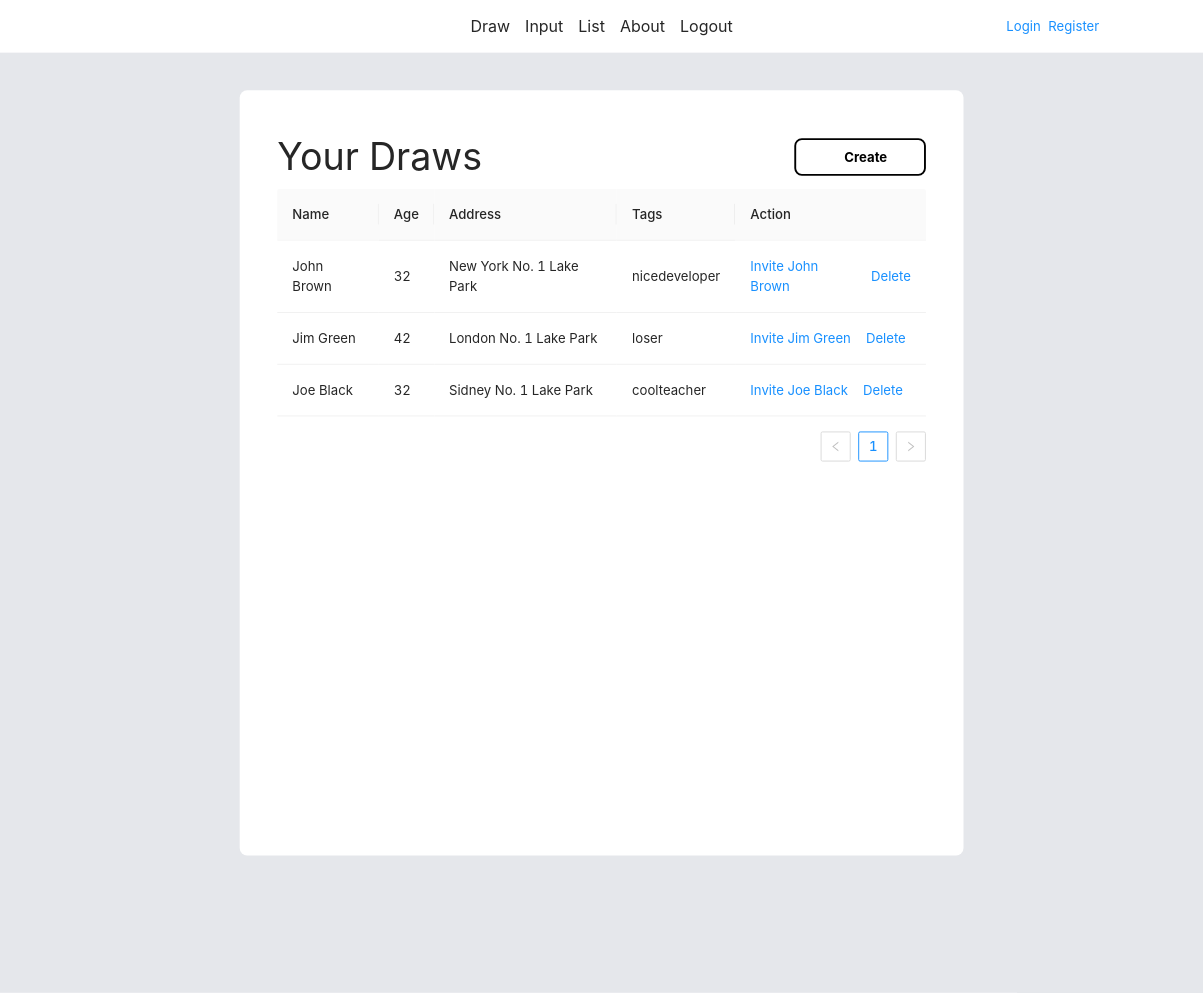
Repository: truongnguyenuit/DrawApp
Page: /draw/list (app in client/)
These files come from the project's save history. The page is drawn as it stood at one moment and after the next save; the edit follows.
The browser window is 1280 px wide. The pictures show the whole page, at 94% of full size.
The page's requests for data from a server got no answer. The project was rebuilt for these pictures with package versions that can differ from the ones it lists, and the page was loaded fresh each time. The framework's server and built-in components were replaced by stand-ins that run in the browser. No one was signed in, and anything a server would have sent is missing. Also part of the build but not shown: client/next.config.js.

Above is the page before, as saved 2022-08-20 18:53:46.

After the next save:
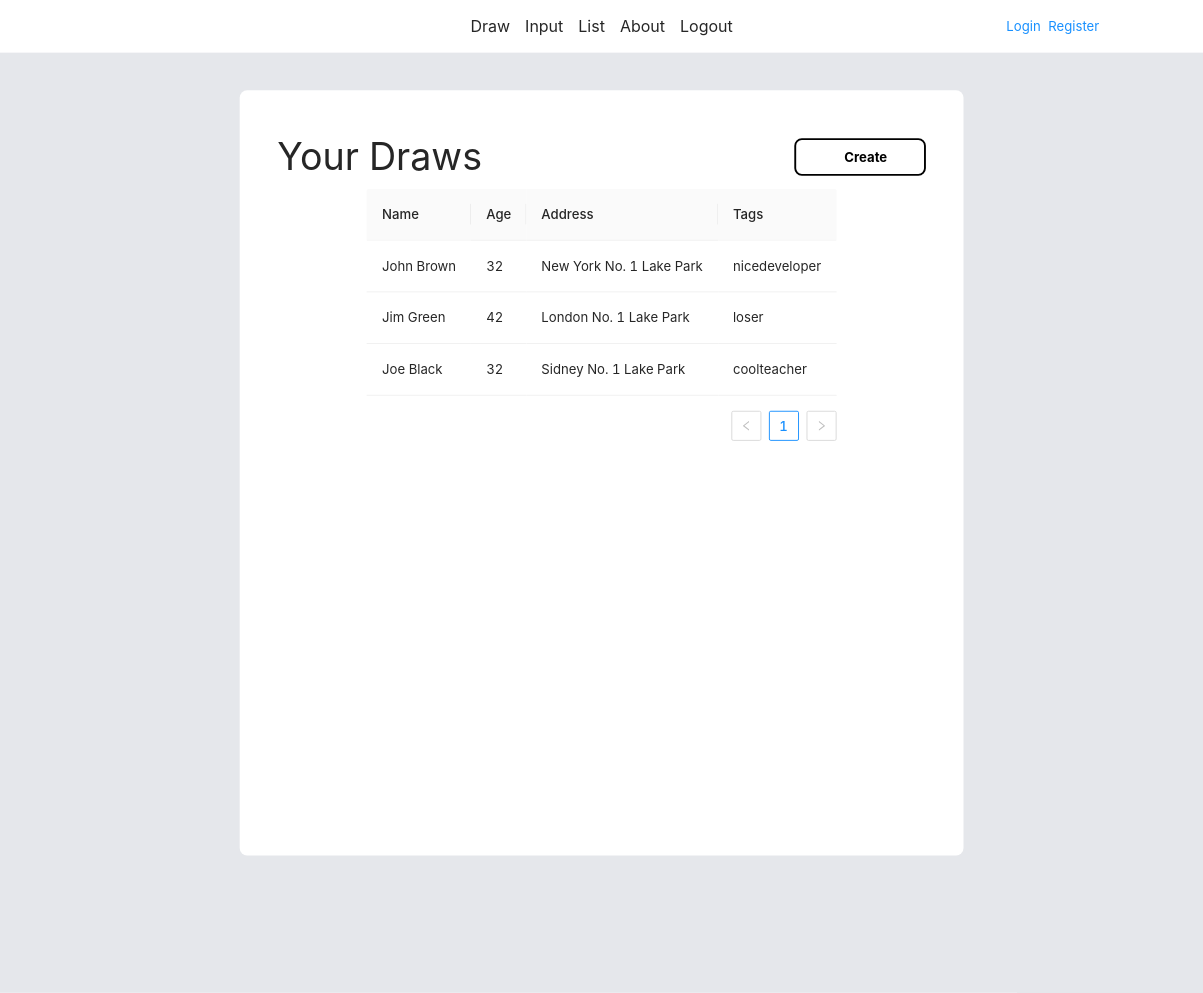
Saved 45 s later.
--- a/client/pages/draw/list.js
+++ b/client/pages/draw/list.js
@@ -23,16 +23,7 @@ const columns = [
     key: 'tags',
     dataIndex: 'tags',
   },
-  {
-    title: 'Action',
-    key: 'action',
-    render: (_, record) => (
-      <Space size="middle">
-        <a>Invite {record.name}</a>
-        <a>Delete</a>
-      </Space>
-    ),
-  },
+
 ];
 const data = [
   {
